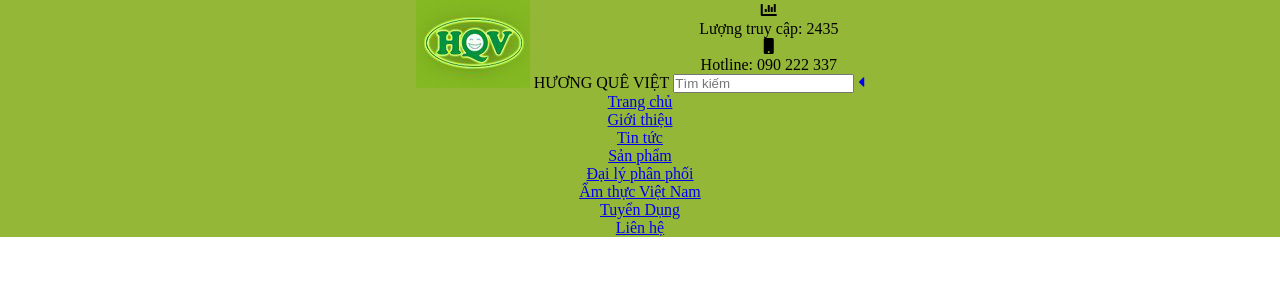
Repository: NgocTruong0701/Self_Learning
Page: html/practice/Baitapweb/index.html
The author's editor kept a copy of each file at every save. The page is drawn from the files as they stood at one save, then again after the next save.
The browser window is 1280 px wide. The pictures show the whole page.

Above is the page before, as saved 2021-10-06 16:37:31.

After the next save:
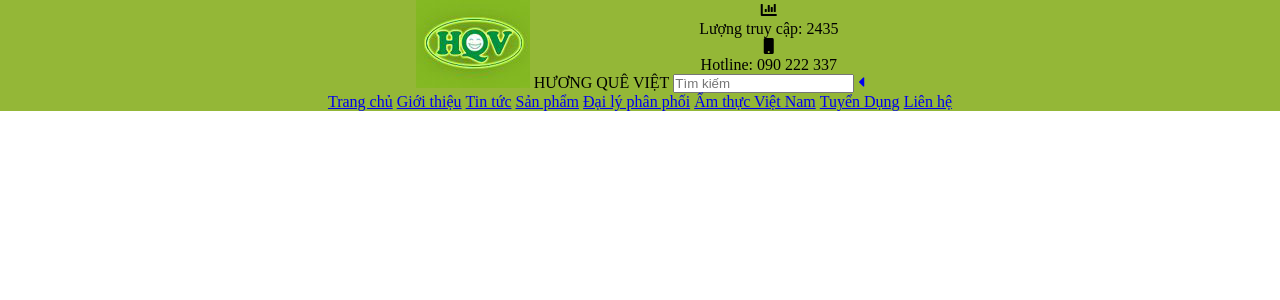
Saved 22 s later.
--- a/html/practice/Baitapweb/assets/css/styles.css
+++ b/html/practice/Baitapweb/assets/css/styles.css
@@ -24,7 +24,7 @@ header .box-right{
     display: inline-block;
 }
 
-.menu-tren .li{
+.menu-tren li{
     display: inline-block;
 }
 /* End Header */
